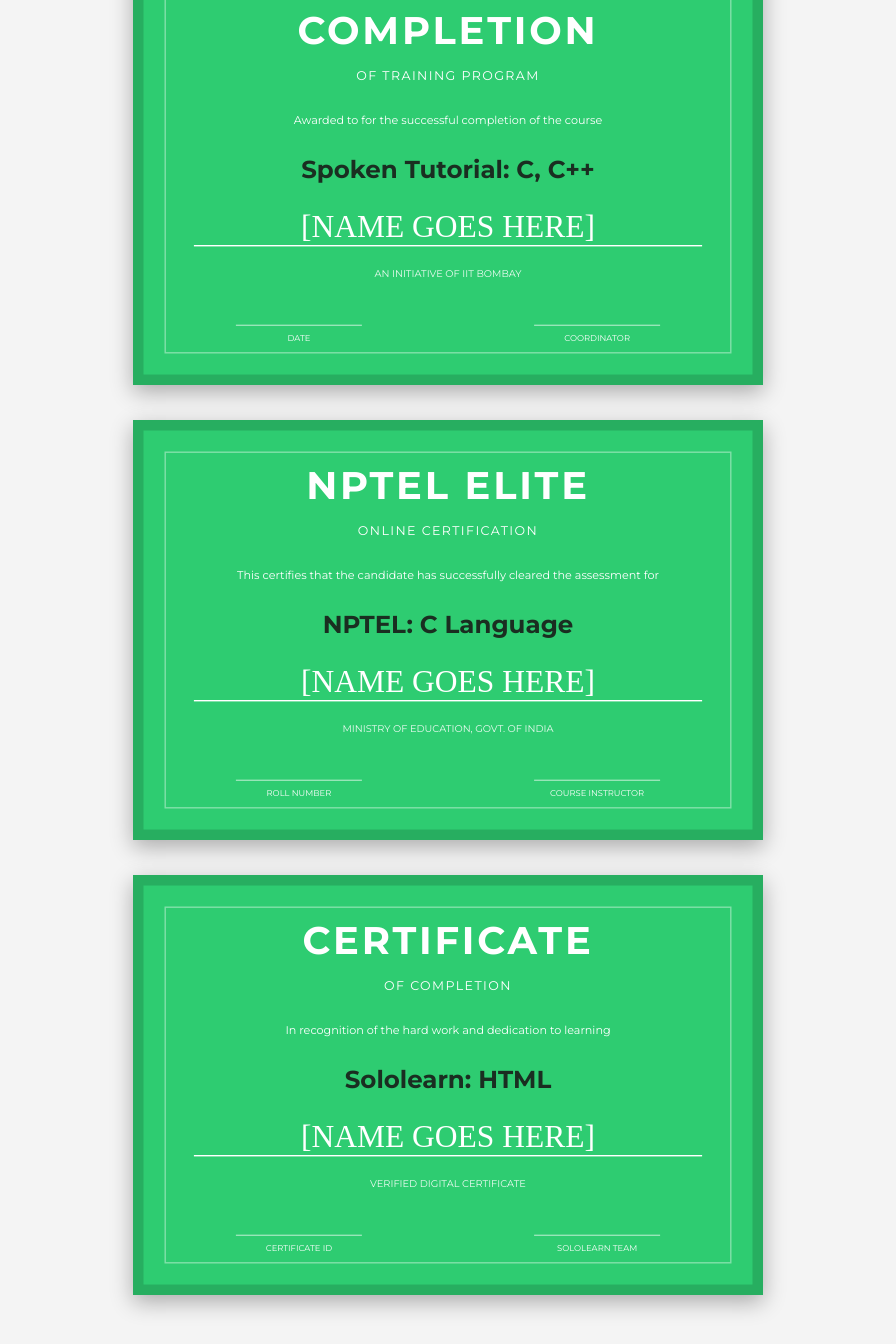
Repository: Priyadharshini-J-CSE/Priyadharshini-J-Portfolio
Page: index2.html
The author's editor kept a copy of each file at every save. The page is drawn from the files as they stood at one save, then again after the next save.
The browser window is 1280 px wide. The pictures show the part of the page from y = 720 to 2640 px (the page is 2640 px tall), at 70% of full size.
Some web fonts or font styles are not loaded; a fallback is used.

Above is the page before, as saved 2026-01-23 20:53:33.

### index2.html
<!DOCTYPE html>
<html lang="en">
<head>
    <meta charset="UTF-8">
    <title>Professional Certificates</title>
    <link href="https://fonts.googleapis.com/css2?family=Montserrat:wght@400;700&family=Playfair+Display:ital,wght@1,600&display=swap" rel="stylesheet">
    <style>
        body { background: #f4f4f4; margin: 0; padding: 20px; font-family: 'Montserrat', sans-serif; }

        /* The main certificate container */
        .cert-container {
            width: 900px;
            height: 600px;
            background-color: #2ecc71; /* Your requested color */
            margin: 0 auto 50px auto;
            padding: 30px;
            border: 15px solid #27ae60; /* Darker green border */
            box-shadow: 0 10px 30px rgba(0,0,0,0.3);
            color: white;
            position: relative;
            box-sizing: border-box;
            text-align: center;
        }

        .inner-frame {
            border: 2px solid rgba(255,255,255,0.4);
            height: 100%;
            width: 100%;
            padding: 40px;
            box-sizing: border-box;
            display: flex;
            flex-direction: column;
            justify-content: center;
        }

        .header { font-size: 55px; font-weight: 700; margin: 0; text-transform: uppercase; letter-spacing: 4px; }
        .sub-header { font-size: 18px; margin: 20px 0; font-weight: 400; letter-spacing: 2px; }

        .student-name {
            font-family: 'Playfair Display', serif;
            font-size: 45px;
            margin: 20px 0;
            color: #ffffff;
            border-bottom: 2px solid white;
            display: inline-block;
            padding: 0 40px;
        }

        .description { font-size: 16px; margin: 20px 0; line-height: 1.6; }
        .course-title { font-size: 35px; font-weight: 700; margin: 15px 0; color: #1a2e21; }
        .provider { font-size: 14px; text-transform: uppercase; margin-top: 10px; opacity: 0.9; }

        .footer {
            display: flex;
            justify-content: space-between;
            margin-top: 50px;
            padding: 0 60px;
        }
        .signature-box { border-top: 1px solid white; width: 180px; padding-top: 10px; font-size: 12px; }
    </style>
</head>
<body>

    <div class="cert-container">
        <div class="inner-frame">
            <h1 class="header">Certificate</h1>
            <p class="sub-header">OF ACHIEVEMENT</p>
            <p class="description">This is to certify that the individual named below has completed training in</p>
            <div class="course-title">Oracle JAVA</div>
            <div class="student-name">[NAME GOES HERE]</div>
            <p class="provider">Industry Standard Certification Program</p>
            <div class="footer">
                <div class="signature-box">DATE</div>
                <div class="signature-box">ORACLE TRAINING LEAD</div>
            </div>
        </div>
    </div>

    <div class="cert-container">
        <div class="inner-frame">
            <h1 class="header">Completion</h1>
            <p class="sub-header">OF TRAINING PROGRAM</p>
            <p class="description">Awarded to for the successful completion of the course</p>
            <div class="course-title">Spoken Tutorial: C, C++</div>
            <div class="student-name">[NAME GOES HERE]</div>
            <p class="provider">An Initiative of IIT Bombay</p>
            <div class="footer">
                <div class="signature-box">DATE</div>
                <div class="signature-box">COORDINATOR</div>
            </div>
        </div>
    </div>

    <div class="cert-container">
        <div class="inner-frame">
            <h1 class="header">NPTEL Elite</h1>
            <p class="sub-header">ONLINE CERTIFICATION</p>
            <p class="description">This certifies that the candidate has successfully cleared the assessment for</p>
            <div class="course-title">NPTEL: C Language</div>
            <div class="student-name">[NAME GOES HERE]</div>
            <p class="provider">Ministry of Education, Govt. of India</p>
            <div class="footer">
                <div class="signature-box">ROLL NUMBER</div>
                <div class="signature-box">COURSE INSTRUCTOR</div>
            </div>
        </div>
    </div>

    <div class="cert-container">
        <div class="inner-frame">
            <h1 class="header">Certificate</h1>
            <p class="sub-header">OF COMPLETION</p>
            <p class="description">In recognition of the hard work and dedication to learning</p>
            <div class="course-title">Sololearn: HTML</div>
            <div class="student-name">[NAME GOES HERE]</div>
            <p class="provider">Verified Digital Certificate</p>
            <div class="footer">
                <div class="signature-box">CERTIFICATE ID</div>
                <div class="signature-box">SOLOLEARN TEAM</div>
            </div>
        </div>
    </div>

</body>
</html>

After the next save:
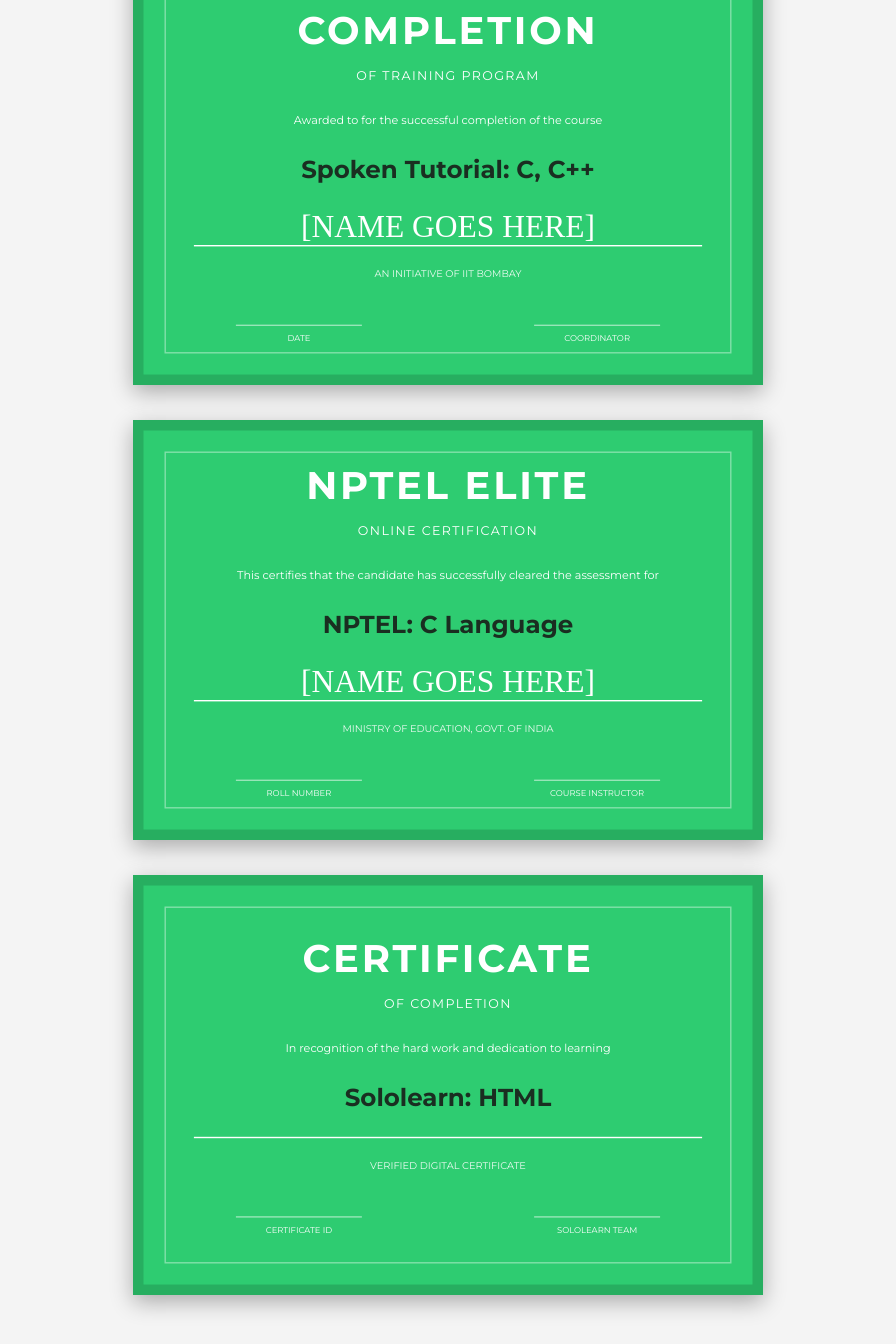
Saved 61 s later.
--- a/index2.html
+++ b/index2.html
@@ -112,7 +112,7 @@
             <p class="sub-header">OF COMPLETION</p>
             <p class="description">In recognition of the hard work and dedication to learning</p>
             <div class="course-title">Sololearn: HTML</div>
-            <div class="student-name">[NAME GOES HERE]</div>
+            <div class="student-name"></div>
             <p class="provider">Verified Digital Certificate</p>
             <div class="footer">
                 <div class="signature-box">CERTIFICATE ID</div>
